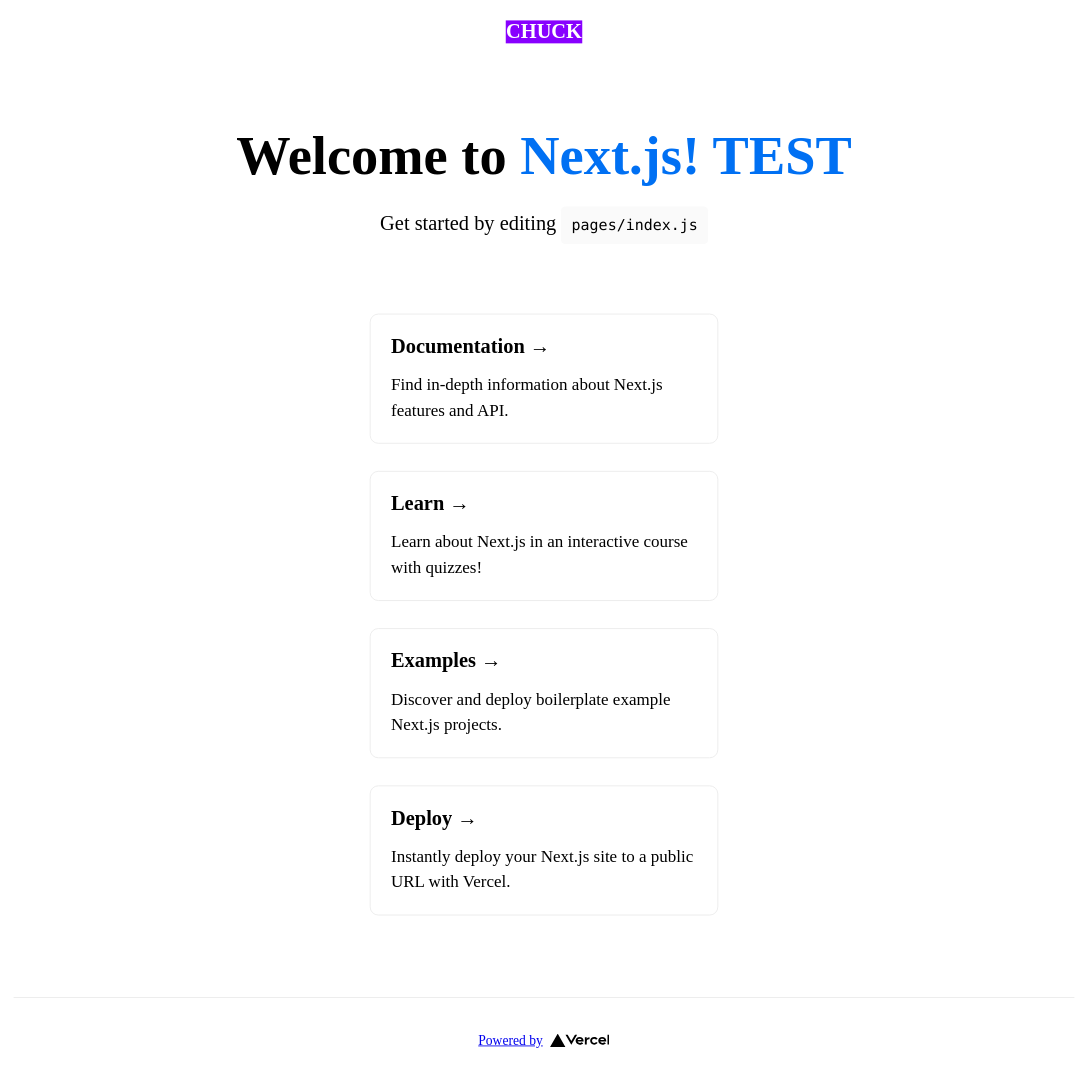
Repository: yafugray/practicemdia3126
Page: /
The author's editor kept a copy of each file at every save. The page is drawn from the files as they stood at one save, then again after the next save.
The browser window is 1280 px wide. The pictures show the whole page, at 85% of full size.
The project was rebuilt for these pictures with package versions that can differ from the ones it lists, and the page was loaded fresh each time. The framework's server and built-in components were replaced by stand-ins that run in the browser. Also part of the build but not shown: pages/app.scss.

Above is the page before, as saved 2020-12-15 11:04:48.

After the next save:
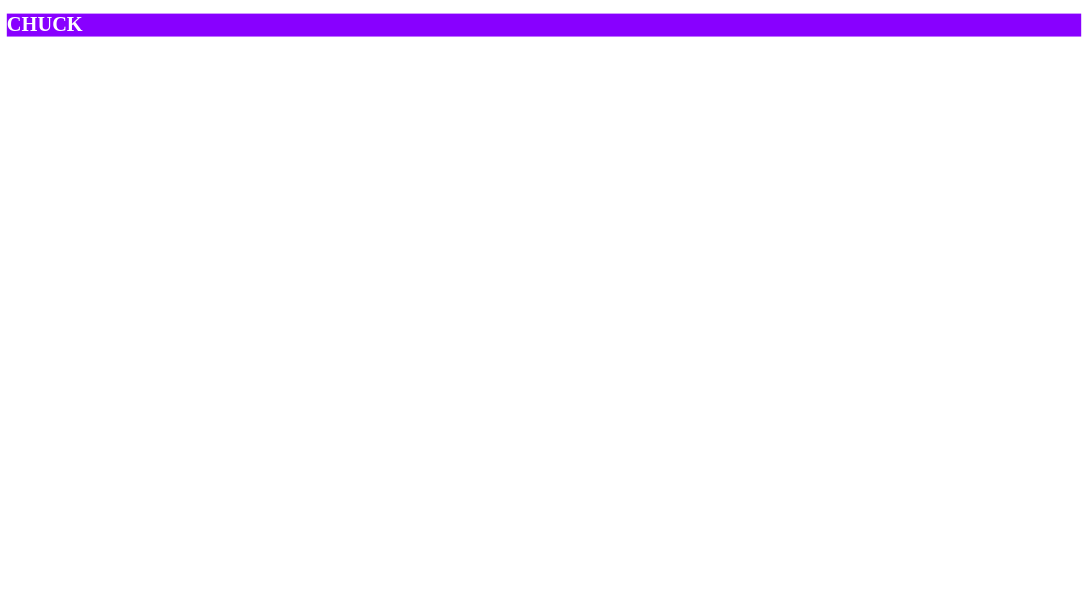
Saved 36 s later.
--- a/pages/index.js
+++ b/pages/index.js
@@ -5,63 +5,7 @@ import Header from'../comps/Header';
 
 export default function Home() {
   return (
-    <div className={styles.container}>
-      <Head>
-        <title>Create Next App</title>
-        <link rel="icon" href="/favicon.ico" />
-      </Head>
       <Header />
-      <main className={styles.main}>
-        <h1 className={styles.title}>
-          Welcome to <a href="https://nextjs.org">Next.js! TEST</a>
-        </h1>
 
-        <p className={styles.description}>
-          Get started by editing{' '}
-          <code className={styles.code}>pages/index.js</code>
-        </p>
-
-        <div className={styles.grid}>
-          <a href="https://nextjs.org/docs" className={styles.card}>
-            <h3>Documentation &rarr;</h3>
-            <p>Find in-depth information about Next.js features and API.</p>
-          </a>
-
-          <a href="https://nextjs.org/learn" className={styles.card}>
-            <h3>Learn &rarr;</h3>
-            <p>Learn about Next.js in an interactive course with quizzes!</p>
-          </a>
-
-          <a
-            href="https://github.com/vercel/next.js/tree/master/examples"
-            className={styles.card}
-          >
-            <h3>Examples &rarr;</h3>
-            <p>Discover and deploy boilerplate example Next.js projects.</p>
-          </a>
-
-          <a
-            href="https://vercel.com/import?filter=next.js&utm_source=create-next-app&utm_medium=default-template&utm_campaign=create-next-app"
-            className={styles.card}
-          >
-            <h3>Deploy &rarr;</h3>
-            <p>
-              Instantly deploy your Next.js site to a public URL with Vercel.
-            </p>
-          </a>
-        </div>
-      </main>
-
-      <footer className={styles.footer}>
-        <a
-          href="https://vercel.com?utm_source=create-next-app&utm_medium=default-template&utm_campaign=create-next-app"
-          target="_blank"
-          rel="noopener noreferrer"
-        >
-          Powered by{' '}
-          <img src="/vercel.svg" alt="Vercel Logo" className={styles.logo} />
-        </a>
-      </footer>
-    </div>
   )
 }
